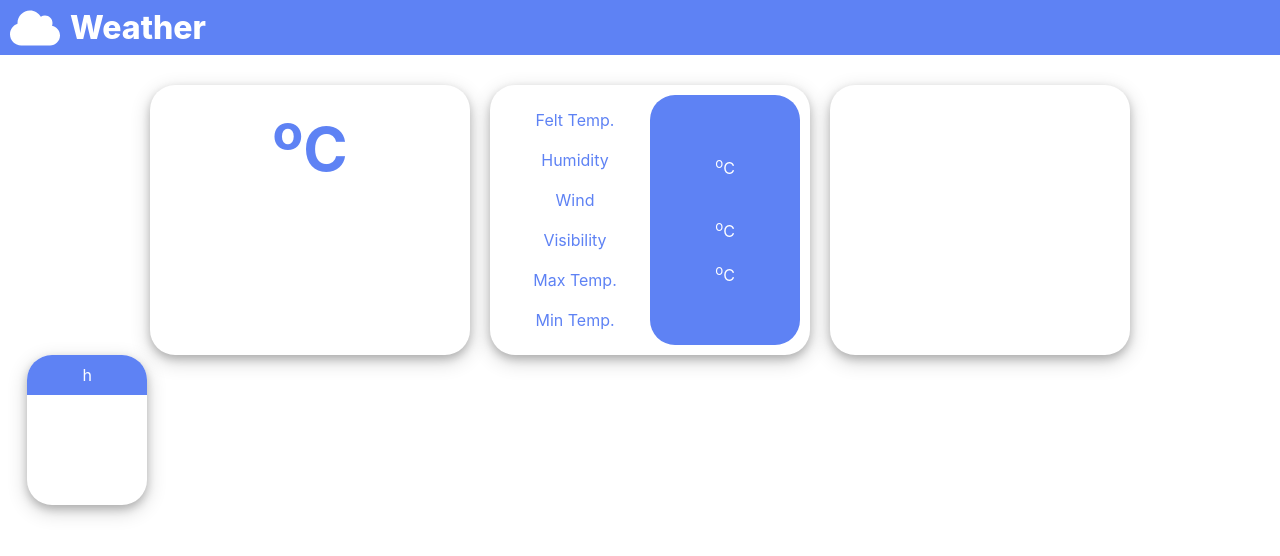
Repository: ahmedazawi/weather-app
Page: /
These files come from the project's save history. The page is drawn as it stood at one moment and after the next save; the edit follows.
The browser window is 1280 px wide. The pictures show the whole page.
The project was rebuilt for these pictures with package versions that can differ from the ones it lists, and the page was loaded fresh each time. Also part of the build but not shown: src/components/Map.js.

Above is the page before, as saved 2022-11-30 15:28:32.

After the next save:
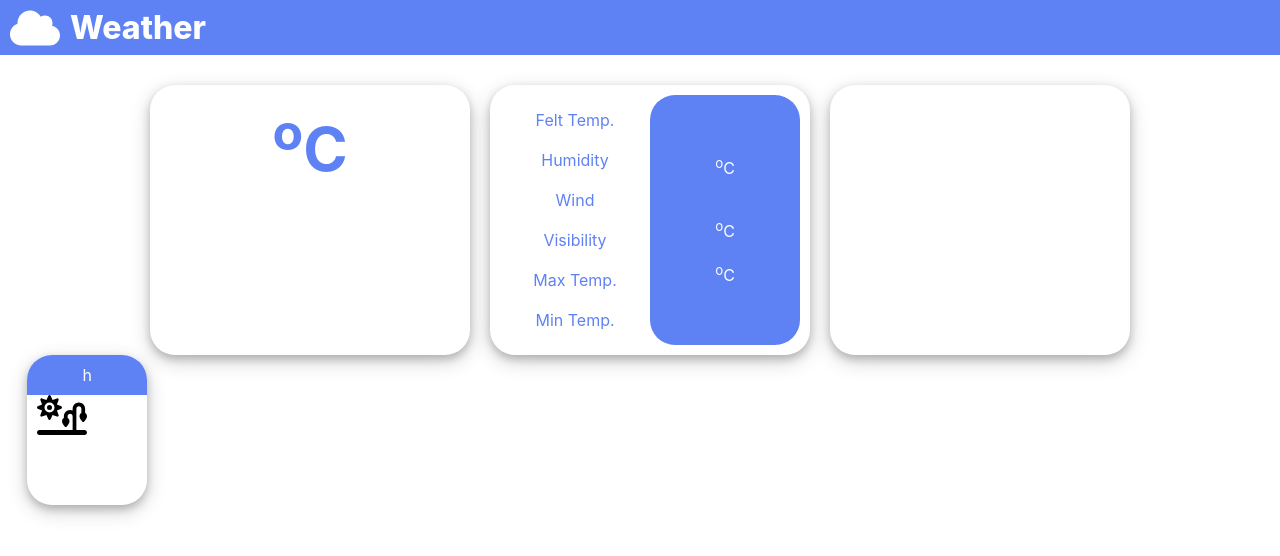
Saved 19 s later.
--- a/src/components/SevenDaysCards.js
+++ b/src/components/SevenDaysCards.js
@@ -11,7 +11,7 @@ const SevenDaysCards = () => {
           <FontAwesomeIcon
             className="f-icon"
             icon={faSunPlantWilt}
-            color="White"
+            color="black"
             style={{ marginLeft: "10px", fontSize: "40px" }}
           />
         </div>
